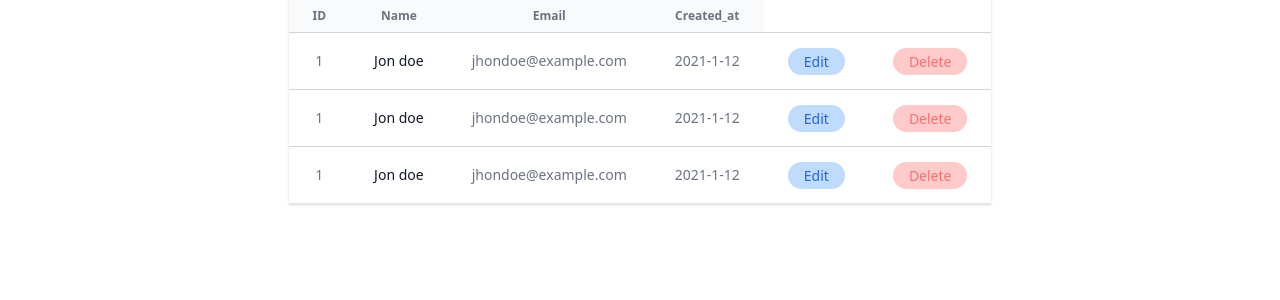
Repository: maikeru-desu/parking-lot
Page: / (app in parking-lot-fe/)
The author's editor kept a copy of each file at every save. The page is drawn from the files as they stood at one save, then again after the next save.
The browser window is 1280 px wide. The pictures show the whole page.
The project was rebuilt for these pictures with package versions that can differ from the ones it lists, and the page was loaded fresh each time. Also part of the build but not shown: parking-lot-fe/craco.config.js.

Above is the page before, as saved 2021-10-13 23:37:18.

After the next save:
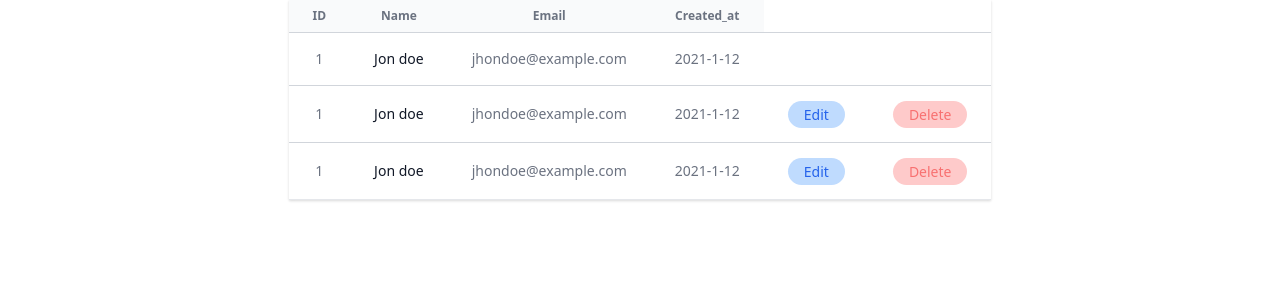
Saved 9 s later.
--- a/parking-lot-fe/src/pages/Home.js
+++ b/parking-lot-fe/src/pages/Home.js
@@ -38,12 +38,6 @@ const Home = () => {
                                     </td>
                                     <td className="px-6 py-4 text-sm text-gray-500">
                                         2021-1-12
-                                    </td>
-                                    <td className="px-6 py-4">
-                                        <a href="#" className="px-4 py-1 text-sm text-blue-600 bg-blue-200 rounded-full">Edit</a>
-                                    </td>
-                                    <td className="px-6 py-4">
-                                        <a href="#" className="px-4 py-1 text-sm text-red-400 bg-red-200 rounded-full">Delete</a>
                                     </td>
                                 </tr>
                                 <tr className="whitespace-nowrap">
